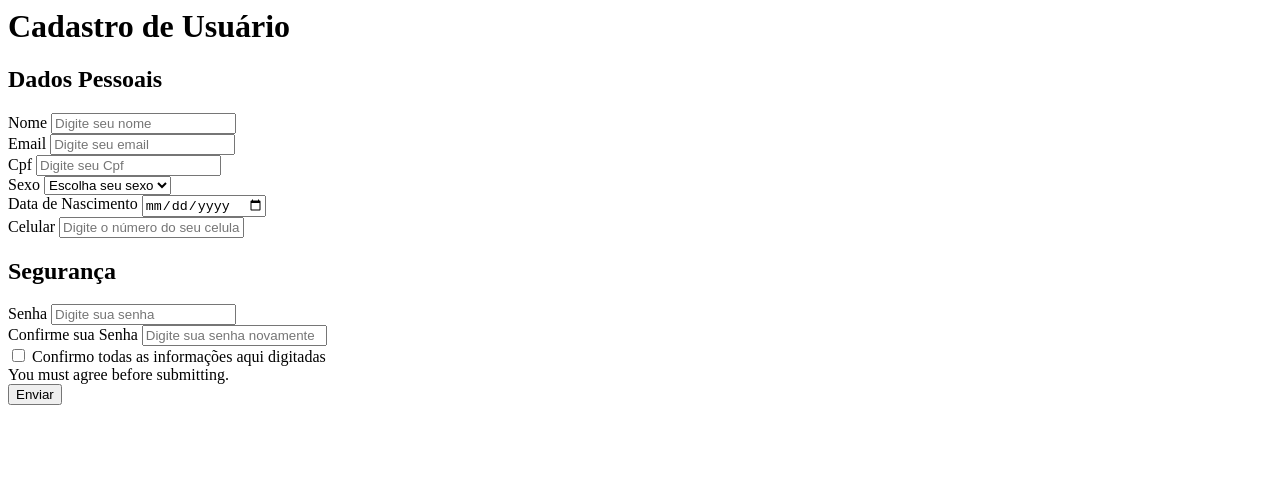
Repository: formatech2018/BRUNNO-S-FILMES
Page: sistema.filmes/src/main/webapp/resources/html/cadastro.html
The author's editor kept a copy of each file at every save. The page is drawn from the files as they stood at one save, then again after the next save.
The browser window is 1280 px wide. The pictures show the whole page.

Above is the page before, as saved 2018-08-04 15:30:44.

After the next save:
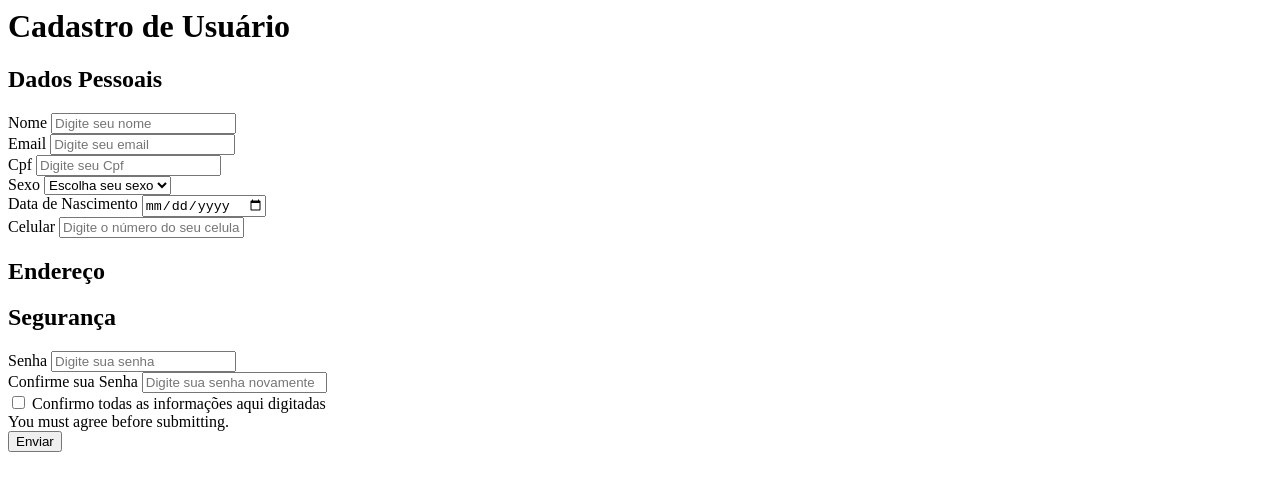
Saved 32 h 0 min later.
--- a/sistema.filmes/src/main/webapp/resources/html/cadastro.html
+++ b/sistema.filmes/src/main/webapp/resources/html/cadastro.html
@@ -46,6 +46,10 @@
 				placeholder="Digite o número do seu celular">
 		</div>
 	</div>
+
+	<div id="endereco">
+		<h2 id="titulo-endereco">Endereço</h2>
+	</div>
 	<div id="seguranca">
 		<h2 id="titulo-segurança">Segurança</h2>
 	</div>
